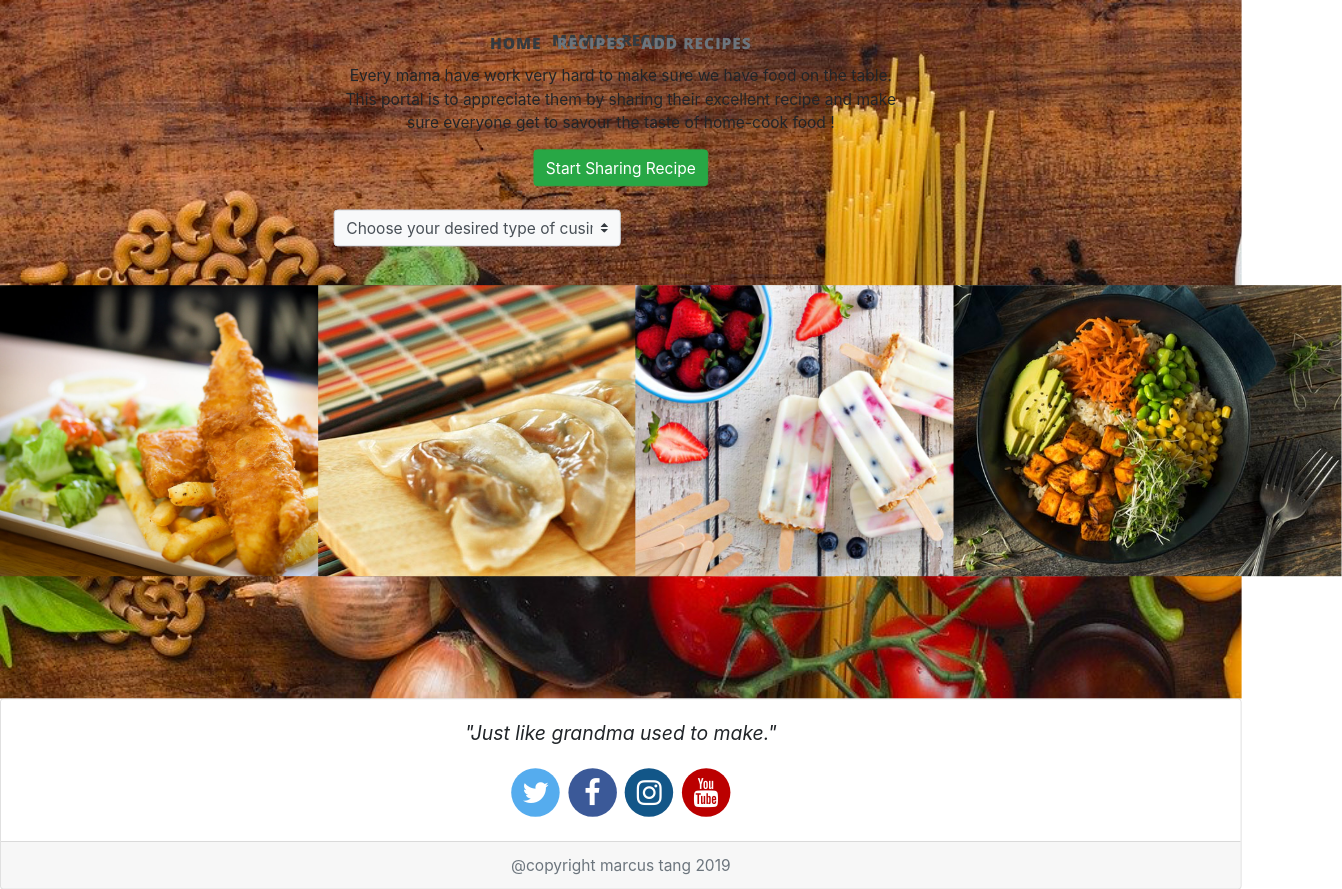
Repository: marstangg/mamasrecipes
Page: templates/index.html
The author's editor kept a record of every edit. The page is drawn from the files as they stood at one moment, then again after the next edit.
The browser window is 1280 px wide. The page is 1383 px wide, so the pictures cover 1383 px, including what lies to the right of the window. The pictures show the whole page, at 97% of full size.
Some web libraries are served in a nearby version. The page is served by the project's application, run on Flask 3 (main.py). The template is opened directly, without the code that normally fills it, so the values that code supplies are empty.

Above is the page before.

After the next edit:
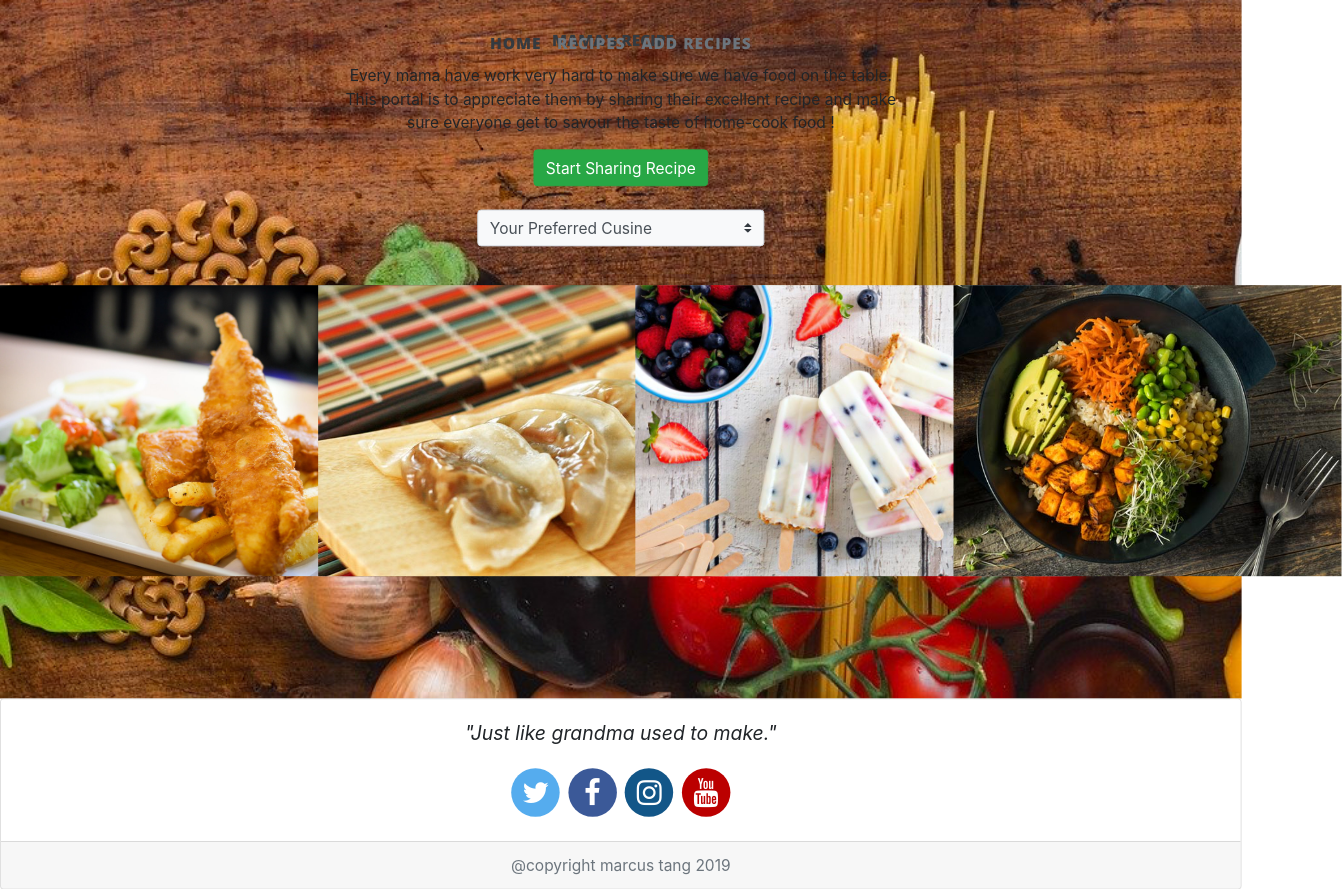
The edit:
--- a/templates/index.html
+++ b/templates/index.html
@@ -10,16 +10,16 @@
       <a class="btn btn-success" href="{{url_for('recipe_add')}}">Start Sharing Recipe</a>
 
       <form>
-      <div class='form-group mt-4'>
-        <select class='d-md-block d-none custom-select w-50 bg-light' onchange ="if (this.value)window.location.href=this.value">
-          <option class=''bg-danger value=""> Choose your desired type of cusine</option>
-          <option value="/recipe_search/all">All recipes</option>
-          <option value="/recipe_search/chinese">Chinese</option>
-          <option value="/recipe_search/indian">Indian</option>
-          <option value="/recipe_search/malay">Malay</option>
-          <option value="/recipe_search/western">Western</option>
-        </select>
-      </div>
+        <div class='form-group mt-4'>
+          <select class='custom-select w-50 bg-light' onchange ="if (this.value)window.location.href=this.value">
+            <option class=''bg-danger value=""> Your Preferred Cusine</option>
+            <option value="/recipe_search/all">All recipes</option>
+            <option value="/recipe_search/chinese">Chinese</option>
+            <option value="/recipe_search/indian">Indian</option>
+            <option value="/recipe_search/malay">Malay</option>
+            <option value="/recipe_search/western">Western</option>
+          </select>
+        </div>
       </form>
     </div>
 
